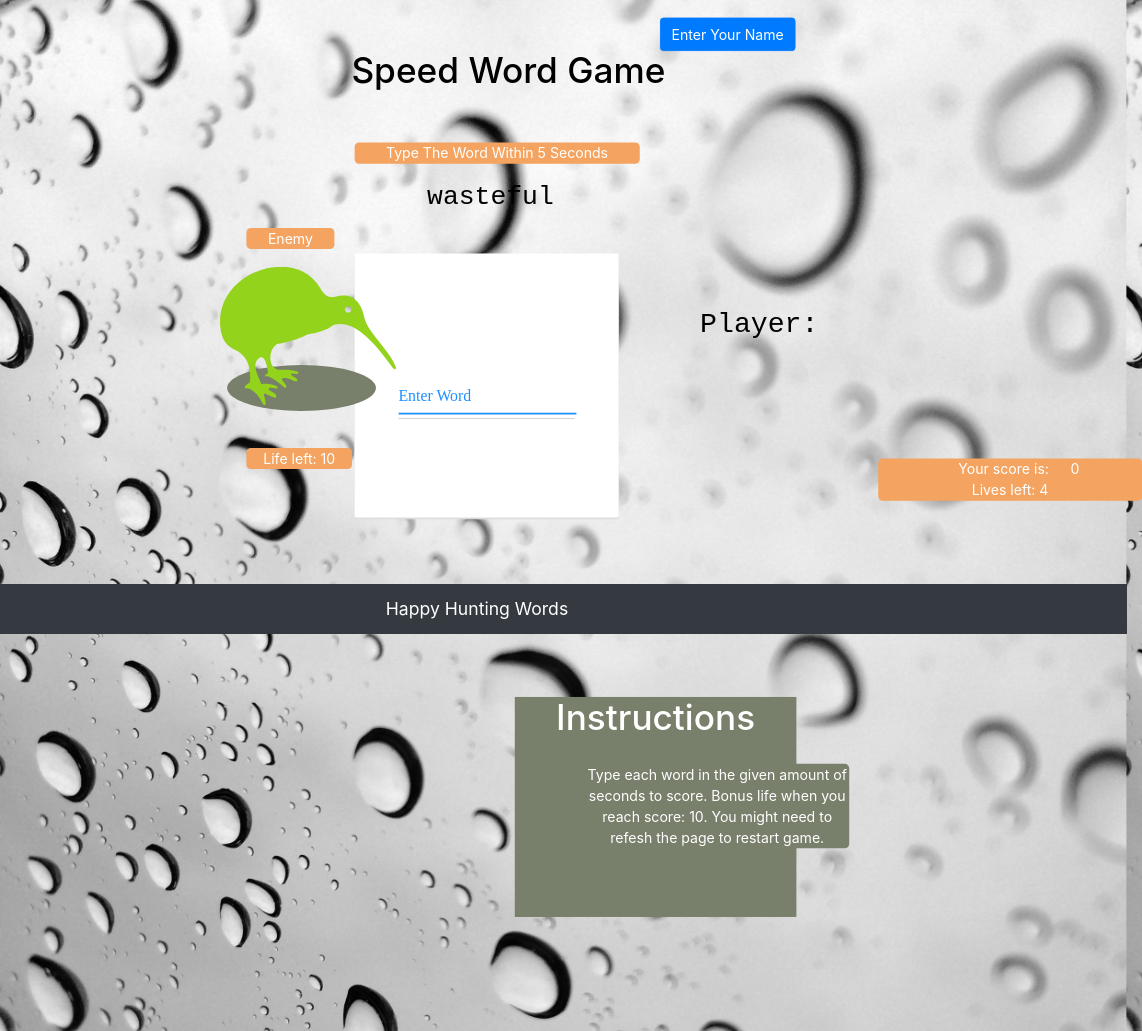
Repository: konstantin0s/word-game-project
Page: modal.html
The author's editor kept a copy of each file at every save. The page is drawn from the files as they stood at one save, then again after a run of saves.
The browser window is 1280 px wide. The page is 1298 px wide, so the pictures cover 1298 px, including what lies to the right of the window. The pictures show the whole page, at 88% of full size.
Backgrounds fixed to the window are drawn as part of the page. Some web libraries are served in a nearby version.

Above is the page before, as saved 2019-02-14 11:13:54.

### modal.html
<!DOCTYPE html>
<html lang="en">

<head>

  <meta charset="utf-8">
  <meta name="viewport" content="width=device-width, initial-scale=1, shrink-to-fit=no">
  <meta name="description" content="">
  <meta name="author" content="">

  <title>Speed Word Game</title>
  <!-- <link rel="stylesheet" href="https://maxcdn.bootstrapcdn.com/bootstrap/3.4.0/css/bootstrap.min.css"> -->
  <script src="https://ajax.googleapis.com/ajax/libs/jquery/3.3.1/jquery.min.js"></script>
  <script src="https://maxcdn.bootstrapcdn.com/bootstrap/3.4.0/js/bootstrap.min.js"></script>
  <script src="https://cdnjs.cloudflare.com/ajax/libs/p5.js/0.7.3/p5.js"></script>
  <!-- Bootstrap core CSS -->
  <link href="vendor/bootstrap/css/bootstrap.min.css" rel="stylesheet">

  <!-- Custom styles for this template -->
  <link href="css/the-big-picture.css" rel="stylesheet">
  <link rel="stylesheet" href="css/style.css">

</head>

<body>

  <!-- Navigation -->
  <nav class="navbar navbar-expand-lg navbar-dark bg-dark fixed-bottom">
    <div class="container">
      <a class="navbar-brand" href="#">Happy Hunting Words</a>
      <button class="navbar-toggler" type="button" data-toggle="collapse" data-target="#navbarResponsive" aria-controls="navbarResponsive" aria-expanded="false" aria-label="Toggle navigation">
        <span class="navbar-toggler-icon"></span>
      </button>
      <div class="collapse navbar-collapse" id="navbarResponsive">
      </div>
    </div>
  </nav>



<!-- Button trigger modal -->
<button type="button" id="clearPlayer" class="btn btn-primary" data-toggle="modal" data-target="#exampleModalCenter">
    Enter Your Name
  </button>

  <!-- Modal -->
  <div class="modal fade" id="exampleModalCenter" tabindex="-1" role="dialog" aria-labelledby="exampleModalCenterTitle" aria-hidden="true">
    <div class="modal-dialog modal-dialog-centered" role="document">
      <div class="modal-content">
        <div class="modal-header">
          <h5 class="modal-title" id="exampleModalLongTitle">Player Name</h5>
          <button type="button" class="close" data-dismiss="modal" aria-label="Close">
            <span aria-hidden="true">&times;</span>
          </button>
        </div>
        <div class="modal-body">
            <h3 id="playerN">Enter Your Name</h3>
            <input id="name" onchange="say_hi()">
        </div>
      </div>
    </div>
  </div>
<h2 id="user">
  Player:
</h2>

<div id="output"></div>

  <!-- Page Content -->
  <section>
    <div class="container">
      <div class="row">
        <div class="col-lg-6">
          <h1 class="mt-5">Speed Word Game</h1>
          <p class="type">Type The Word Within
            <span id="sec"></span>
            Seconds</p>
          <div id="wordsDisplay">

          </div>
          <div id="time">
           <p>Time left:</p> <span id="timeLeft"></span>
          </div>
          <div id="userDetails">
             Your score is: <span id="score">0</span><br>
             Lives left: <span id="lives">3</span>
          </div>
          <div class="wrapper">
            <input class="input" id="inputWord" onchange="compareGuess()" placeholder="Enter Word" type="text"  autofocus>
            <span class="underline"></span>
        </div>
        </div>
      </div>
    </div>
  </section>

  <div id="corWrong"></div>

   <p id="messageP"></p>
   <div class="enemy">
    Life left: <span id="enemyLife">10</span>
   </div>
  <svg version="1.1" id="Layer_1" xmlns="http://www.w3.org/2000/svg" xmlns:xlink="http://www.w3.org/1999/xlink" x="0px" y="0px"
  width="612px" height="502.174px" viewBox="0 65.326 612 502.174" enable-background="new 0 65.326 612 502.174"
  xml:space="preserve" class="logo">

<ellipse class="ground" cx="283.5" cy="487.5" rx="259" ry="80"/>
<path class="kiwi" d="M210.333,65.331C104.367,66.105-12.349,150.637,1.056,276.449c4.303,40.393,18.533,63.704,52.171,79.03
 c36.307,16.544,57.022,54.556,50.406,112.954c-9.935,4.88-17.405,11.031-19.132,20.015c7.531-0.17,14.943-0.312,22.59,4.341
 c20.333,12.375,31.296,27.363,42.979,51.72c1.714,3.572,8.192,2.849,8.312-3.078c0.17-8.467-1.856-17.454-5.226-26.933
 c-2.955-8.313,3.059-7.985,6.917-6.106c6.399,3.115,16.334,9.43,30.39,13.098c5.392,1.407,5.995-3.877,5.224-6.991
 c-1.864-7.522-11.009-10.862-24.519-19.229c-4.82-2.984-0.927-9.736,5.168-8.351l20.234,2.415c3.359,0.763,4.555-6.114,0.882-7.875
 c-14.198-6.804-28.897-10.098-53.864-7.799c-11.617-29.265-29.811-61.617-15.674-81.681c12.639-17.938,31.216-20.74,39.147,43.489
 c-5.002,3.107-11.215,5.031-11.332,13.024c7.201-2.845,11.207-1.399,14.791,0c17.912,6.998,35.462,21.826,52.982,37.309
 c3.739,3.303,8.413-1.718,6.991-6.034c-2.138-6.494-8.053-10.659-14.791-20.016c-3.239-4.495,5.03-7.045,10.886-6.876
 c13.849,0.396,22.886,8.268,35.177,11.218c4.483,1.076,9.741-1.964,6.917-6.917c-3.472-6.085-13.015-9.124-19.18-13.413
 c-4.357-3.029-3.025-7.132,2.697-6.602c3.905,0.361,8.478,2.271,13.908,1.767c9.946-0.925,7.717-7.169-0.883-9.566
 c-19.036-5.304-39.891-6.311-61.665-5.225c-43.837-8.358-31.554-84.887,0-90.363c29.571-5.132,62.966-13.339,99.928-32.156
 c32.668-5.429,64.835-12.446,92.939-33.85c48.106-14.469,111.903,16.113,204.241,149.695c3.926,5.681,15.819,9.94,9.524-6.351
 c-15.893-41.125-68.176-93.328-92.13-132.085c-24.581-39.774-14.34-61.243-39.957-91.247
 c-21.326-24.978-47.502-25.803-77.339-17.365c-23.461,6.634-39.234-7.117-52.98-31.273C318.42,87.525,265.838,64.927,210.333,65.331
 z M445.731,203.01c6.12,0,11.112,4.919,11.112,11.038c0,6.119-4.994,11.111-11.112,11.111s-11.038-4.994-11.038-11.111
 C434.693,207.929,439.613,203.01,445.731,203.01z"/>
<filter id="pictureFilter" >
 <feGaussianBlur stdDeviation="15" />
</filter>
</svg>


<div class="instructions">
  <h1>Instructions</h1>
  <p>Type each word in the given amount of seconds to score.
    Bonus life when you reach score: 10.
    You might need to refesh the page to restart game.
  </p>
</div>

  <!-- Bootstrap core JavaScript -->
  <script src="vendor/jquery/jquery.min.js"></script>
  <script src="vendor/bootstrap/js/bootstrap.bundle.min.js"></script>
  <script src="js/main.js"></script>

</body>

</html>

### css/the-big-picture.css
/*!
 * Start Bootstrap - The Big Picture (https://startbootstrap.com/template-overviews/the-big-picture)
 * Copyright 2013-2019 Start Bootstrap
 * Licensed under MIT (https://github.com/BlackrockDigital/startbootstrap-the-big-picture/blob/master/LICENSE)
 */
body {
  background: url('../img/drop.jpg') no-repeat center center fixed;
  -webkit-background-size: cover;
  -moz-background-size: cover;
  background-size: cover;
  -o-background-size: cover;
}

### css/style.css
body {
  margin: 0;
  padding: 0;
  z-index: 40;
  overflow-x: hidden;
}

.container {
  display: flex;
  flex-direction: column;
  justify-content: center;

}

.container .type {
   position: relative;
   top: 20px;
}
.mt-5 {
  color: black;
  text-align: center;
  position: relative;
  top: -30px;
  left: 290px;
}
.wrapper {
  background-color: #FFF;
  border-radius: 2px;
  box-shadow: 0px 2px 1px 0px #DDD;
  box-sizing: border-box;
  height: 300px;
  left: 550px;
  margin: -150px 0 0 -150px;
  position: absolute;
  top: 400px;
  width: 300px;

}

.input {
  background-color: transparent;
  border: none;
  border-bottom: 1px solid #CCC;
  color: #555;
  box-sizing: border-box;
  font-family: 'Arvo';
  font-size: 18px;
  height: 50px;
  left: 50%;
  margin: -25px 0 0 -100px;
  padding: 10px 0px;
  position: relative;
  top: 50%;
  width: 200px;

  &:focus {
    outline: none;
  }
}

input::-webkit-input-placeholder {
  color: #AAA;
}

input:focus::-webkit-input-placeholder {
  color: dodgerblue;
}

.input:focus+.underline {
  transform: scale(1);
}

.underline {
  background-color: dodgerblue;
  display: inline-block;
  height: 2px;
  left: 50px;
  margin-top: -4px;
  position: absolute;
  top: 185px;
  -webkit-transform: scale(0, 1);
  transform: scale(0, 1);
  -webkit-transition: all 0.5s linear;
  transition: all 0.5s linear;
  width: 202px;
}


font {
  color: white;
}

#wordsDisplay {
  position: relative;
  top: 20px;
  left: 387px;
  color: black;
  font-family: 'Courier New', Courier, monospace;
  font-size: 30px;
  width: 305px;
  text-align: center;
}
#userDetails {
  position: relative;
  top: 230px;
 float: right;
 /* left: 500px; */
 left: 740px;
  color: white;
  background-color: sandybrown;
  width: 300px;
  text-align: center;
  border-radius: 5px;
}

#score {
  position: relative;
  top: 0px;
  left: 20px;
  color: white;
  background-color: sandybrown;
}

#time {
  text-align: center;
}

 p {
  position: relative;
  top: 450px;
  left: 385px;
  color: white;
  background-color: sandybrown;
  width: 300px;
  border-radius: 5px;
 }

#timeLeft {
  position: relative;
  top: 400px;
  left: 330px;
  color: white;
  background-color: sandybrown;
}

.sec {
  position: relative;
  top: 400px;
  left: 330px;
  color: white;
  background-color: sandybrown;
  margin: 5px;
}

.type {
  width: 60%;
  text-align: center;
}

b {
  color: black;
  text-transform: capitalize;;
}

#user {
  position: relative;
  top: 350px;
  right: 350px;
  float: right;
  color: black;
  font: 33px;
  font-family: 'Courier New', Courier, monospace;
}

#output {
  position: relative;
  color: black;
  float: right;
  right: 250px;
  font-size:28px;
  top: 410px;
}

#playerN {
  color: black;
}

.newP {
  position: relative;
  left: 40px;
  top: 120px;
}

.navbar-brand {
  position: relative;
  left: -90px;
}


@import "compass/css3";

.logo {
  position: relative;
  width: 200px;
  height: 164px;
  left: 250px;
  top: -100px;
}

.kiwi {
  fill: #94d31b;

}
.kiwi:hover {
  fill: #ace63c;
}

.ground {
  fill: #787f6a;
}
.ground:hover {
  filter: url(#pictureFilter);
  fill: #896d3d;
}

#messageP {
  position: relative;
  top: -80px;
  width: 100px;
  left: 280px;
  text-align: center;
}

.instructions {
  background-color: #787f6a;
  width: 25%;
  height: 250px;
  color: white;
  position: relative;
  left: 580px;
  top: 220px;
  margin: 5px;
  text-align: center;
  margin-bottom: 350px;
}

.instructions p {
  background-color: #787f6a;
  position: relative;
  left: 80px;
  top: 20px;
  width: 1005;
  text-align: center;
}

#clearPlayer {
  position: relative;
  top: 20px;
  left: 750px;
}

#corWrong {
  position: relative;
  left: 780px;
  top: 270px;
  color: black;
  font: 30px;
}

#enemyLife {
  color: white;
  background-color: sandybrown;

}
 .enemy {
   left: 280px;
   position: relative;
   top:130px;
   color: white;
   background-color: sandybrown;
   width: 120px;
   text-align: center;
   border-radius: 5px;
 }

#modalContainer {
	background-color:rgba(0, 0, 0, 0.3);
	position:absolute;
  top:0;
	width:100%;
	height:100%;
	left:0px;
	z-index:10000;
  /* background: url('../img/drop.jpg') no-repeat center center fixed;required by MSIE to prevent actions on lower z-index elements */
}

#alertBox {
	position:relative;
  width:43%;
  height: 25%;
	min-height:100px;
  max-height:400px;
	margin-top:50px;
	border:1px solid #fff;
	background-color:#fff;
	background-repeat:no-repeat;
  top:30%;
  left: 500px;
}

#modalContainer > #alertBox {
  position:fixed;
}

#alertBox h1 {
	margin:0;
	font:bold 1em Raleway,arial;
	background-color:#f97352;
  color:#FFF;
  text-align: center;
	border-bottom:1px solid #f97352;
	padding:10px 0 10px 5px;
}

#alertBox p {
 height:50px;
	padding-left:5px;
  padding-top:30px;
  text-align:center;
   vertical-align:middle;
  visibility: hidden;
}

#alertBox #closeBtn {
	display:block;
	position:relative;
	margin:10px auto 10px auto;
  padding:7px;
	border:0 none;
	width:170px;
	text-transform:uppercase;
	text-align:center;
	color:#FFF;
	background-color:#f97352;
	border-radius: 0px;
	text-decoration:none;
  outline:0!important;
} */

/* unrelated styles */

 /* #mContainer {
  position:relative;
	width:600px;
	margin:auto;
	padding:5px;
	border-top:2px solid #fff;
	border-bottom:2px solid #fff;
}

h1,h2 {
	margin:0;
  padding:4px;
}

code {
	font-size:1.2em;
	color:#069;
}

#credits {
	position:relative;
	margin:25px auto 0px auto;
	width:350px;
	font:0.7em verdana;
	border-top:1px solid #000;
	border-bottom:1px solid #000;
	height:90px;
	padding-top:4px;
}

#credits img {
	float:left;
	margin:5px 10px 5px 0px;
	border:1px solid #000000;
	width:80px;
	height:79px;
}

.important {
	background-color:#F5FCC8;
	padding:2px;

}

@media (max-width: 600px)
{
  #alertBox {
	position:relative;
	width:90%;
  top:30%;
}
} */

### js/main.js
function say_hi() {
  var name = document.getElementById("name").value;
  var html = "<b>" + name + "</b> ";
 document.getElementById("output").innerHTML = html;
}

function clearPlayer() {
  document.getElementById("name").value = "";
  var input = document.getElementById("name");
  input.style.visibility = "hidden";
  var playerN = document.getElementById("playerN");
  playerN.style.visibility = "hidden";
  var clearPlayer = document.getElementById("clearPlayer");
  clearPlayer.style.visibility = "hidden";
  var exampleModalCenter = document.getElementById("exampleModalCenter");
  exampleModalCenter.style.visibility = "none";
  var modalContent = document.getElementsByClassName("modal-content");
  modalContent.style.visibility = "hidden";
}

  (function() {
    setInterval(function(){
      clearPlayer();
    }, 10000);
}());

  var wordGeneratorLevel1 = function() {
    setInterval(function(){
      generate();
    }, 5000);
    timer();
  }

  var wordGeneratorLevel2 = function() {
    setInterval(function(){
      generate();
    }, 3000);
    timer();
}

var input = document.getElementById("inputWord");
input.addEventListener('keyup',function(e){
  if (e.keyCode == 13) {
}
});

  var wordsLevel1 = [
    "clever", "amongst", "implementing", "intelectual", "sensual", "amazing", "beautify", "project", "tall",
"curl", "rate", "busy", "unusual", "extend", "exclusive", "ray", "shy", "wasteful", "unbecoming", "fallacious",
"toothbrush", "bounce", "brightwork", "verkrampte", "protectrix", "nudibranch", "grandchild", "newfangled", "flugelhorn", "mythologer"
     ];

     var wordsLevel2 = [
      "jackhammer",
     "brightwork", "verkrampte", "protectrix", "nudibranch", "grandchild", "newfangled", "flugelhorn", "mythologer",
     "pluperfect", "jellygraph", "quickthorn", "rottweiler", "technician", "cowpuncher", "middlebrow",
     "jackhammer", "triphthong", "wunderkind", "dazzlement", "jabberwock", "witchcraft","pawnbroker", "thumbprint", "motorcycle"
       ];


  var randomDiv = document.getElementById("wordsDisplay");
  var addScore = document.getElementById("score");
  var freshLives = document.getElementById("lives");
  var timeLeft = document.getElementById("timeLeft");
  var svgLogo = document.getElementById("Layer_1");
   var messagePlayer = document.getElementById("messageP");
   var corWrong = document.getElementById("corWrong");
   var dinaSec = document.getElementById("sec");
   var enemy = document.getElementById("enemyLife");
  var randomIndex;
  var newText;
  var score = 0;
  var lives = 5;
  var seconds = 5;
  enemyLife = 10;


  function flashLogo() {
    var interval = window.setInterval(function(){
      if(svgLogo.display !== "hidden"){
        svgLogo.style.visibility = "hidden";

      }else{
        svgLogo.style.visibility = "hidden";
      }
  }, 1000);
  }

  function checkLife() {
    if (lives == 0) {
      createCustomAlert(); // game over

      setInterval(function(){
          window.location.href = "http://127.0.0.1:5500/index.html";
      }, 10000);
      score = 0;
      addScore.textContent = "0"
      resetInput();
      lives = 5;
      freshLives.innerHTML = lives;
    }
  }


  function generate() {
   randomIndex = Math.ceil((Math.random() * wordsLevel1.length - 1));
   newText = wordsLevel1[randomIndex];
   randomDiv.innerHTML = newText;

  }

  function generateLevel2() {
    randomIndex = Math.ceil((Math.random() * wordsLevel2.length - 1));
    newText = wordsLevel2[randomIndex];
    randomDiv.innerHTML = newText;
   }

  var flag;
  function compareGuess() {
    var searchWord = document.getElementById("inputWord").value;
    var wordName = document.getElementById("wordsDisplay");
    messagePlayer.innerHTML = "Enemy";
    flag = false;
         if (searchWord == wordName.innerHTML) {
          corWrong.innerHTML = "Correct!!!"
          wordName.style.height = "40px";
           wordName.style.backgroundColor = "yellow";
           score++;
           enemyLife--;
           enemy.innerHTML = enemyLife;
           if (enemyLife == 0) {
            enemy.innerText = "";
           }
           addScore.textContent = score;
           flag = true;
           if (score >= 10 && score <= 11) {
            var audio = new Audio('https://interactive-examples.mdn.mozilla.net/media/examples/t-rex-roar.mp3');
            audio.play();
             lives++
            enemy.innerHTML = enemyLife;
            enemy.innerText = "DeaD";
             freshLives.innerHTML = lives;
            flashLogo();
            messagePlayer.innerHTML = "I'm Outta Here :)";
           }
           clearInterval(timer);
           setInterval(function(){
            wordName.style.backgroundColor = "";
          }, 1500);
          resetInput();
             flag = true;
         } else {
           wordName.style.backgroundColor = "";
         }

         if (flag == false) {
          lives--;
          freshLives.innerHTML = lives;
          corWrong.innerHTML = "Wrong!!!"
          resetInput();
         }
         checkLife();
      }

      function timer() {
        setInterval(function(){
          seconds--;
          dinaSec.innerHTML = seconds;
          timeLeft.innerHTML = seconds;
          if (seconds == 0 && !flag) {
            lives--;
          }
           if(seconds == 0) {
            freshLives.innerHTML = lives;
            seconds = currentLevel + 1;
            dinaSec.innerHTML = seconds;
            timeLeft.innerHTML = seconds;
            checkLife();
            flag = false;
           }
      }, 1000);
      }

 function resetInput() {
  document.getElementById("inputWord").value = "";
  }


  function init() {
    wordGeneratorLevel1();
    lives = 5;
    freshLives.innerHTML = lives;
    messagePlayer.innerHTML = "Enemy";
   }

 window.onload = init;

   var levels = {
    easy: 6,
    medium: 4,
    hard: 2
  }
  var currentLevel = levels.medium;


 var ALERT_TITLE = "Game Over!\n Restart?";
var ALERT_BUTTON_TEXT = "Ok";

if(document.getElementById) {
	window.alert = function(txt) {
    createCustomAlert(txt);
	}
}

function createCustomAlert(txt) {
	d = document;

  if(d.getElementById("modalContainer"))
   return;

	mObj = d.getElementsByTagName("body")[0].appendChild(d.createElement("div"));
	mObj.id = "modalContainer";
	mObj.style.height = d.documentElement.scrollHeight + "px";

	alertObj = mObj.appendChild(d.createElement("div"));
	alertObj.id = "alertBox";
	if(d.all && !window.opera) alertObj.style.top = document.documentElement.scrollTop + "px";
	alertObj.style.left = (d.documentElement.scrollWidth - alertObj.offsetWidth)/2 + "px";
  alertObj.style.visiblity="visible";
  alertObj.style.left="480px";

	h1 = alertObj.appendChild(d.createElement("h1"));
	h1.appendChild(d.createTextNode(ALERT_TITLE));

	msg = alertObj.appendChild(d.createElement("p"));
	//msg.appendChild(d.createTextNode(txt));
  msg.innerHTML = txt;
  audio = new Audio('http://www.project818.com/files/music/TI-Justin-Timberlake-Dead-and-Gone.mp3');
  audio.play();

	btn = alertObj.appendChild(d.createElement("a"));
	btn.id = "closeBtn";
	btn.appendChild(d.createTextNode(ALERT_BUTTON_TEXT));
	btn.href = "#";
	btn.focus();
  btn.onclick = function() { removeCustomAlert();
      audio.pause();
      window.location.href = "http://127.0.0.1:5500/index.html";
    return false; }

	alertObj.style.display = "block";

}

function removeCustomAlert() {
  document.getElementsByTagName("body")[0].removeChild(document.getElementById("modalContainer"));
  window.location.href = "http://127.0.0.1:5500/index.html";

}
function ful(){
alert('Game Over!!!');
}

Loaded but not shown: vendor/bootstrap/css/bootstrap.min.css (library); vendor/jquery/jquery.min.js (library); vendor/bootstrap/js/bootstrap.bundle.min.js (library)

After the next 2 saves:
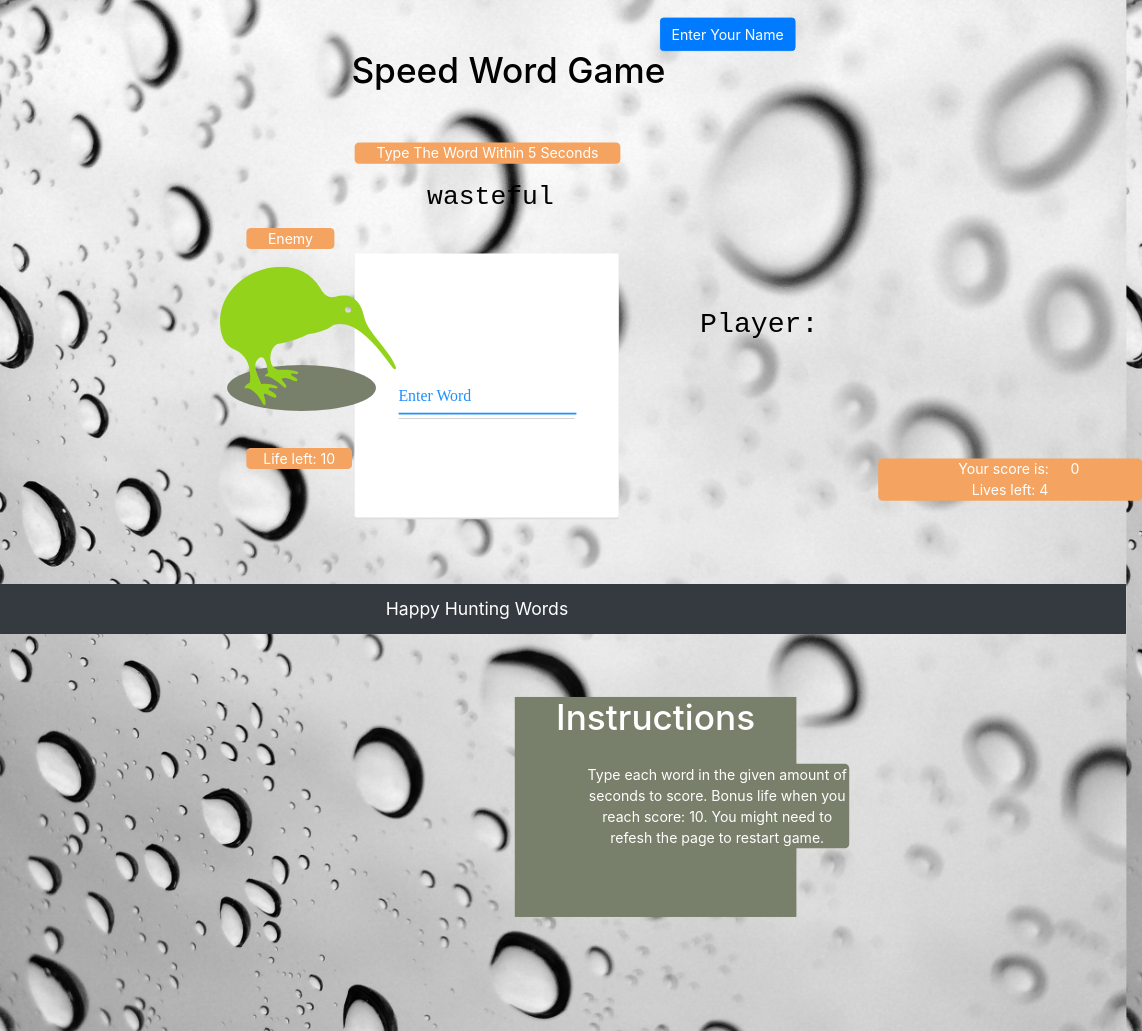
The 2 saves are shown as one change because they came seconds apart.
The last was saved 7 s later.
--- a/css/style.css
+++ b/css/style.css
@@ -153,7 +153,7 @@ font {
 }
 
 .type {
-  width: 60%;
+  width: 56%;
   text-align: center;
 }
 
